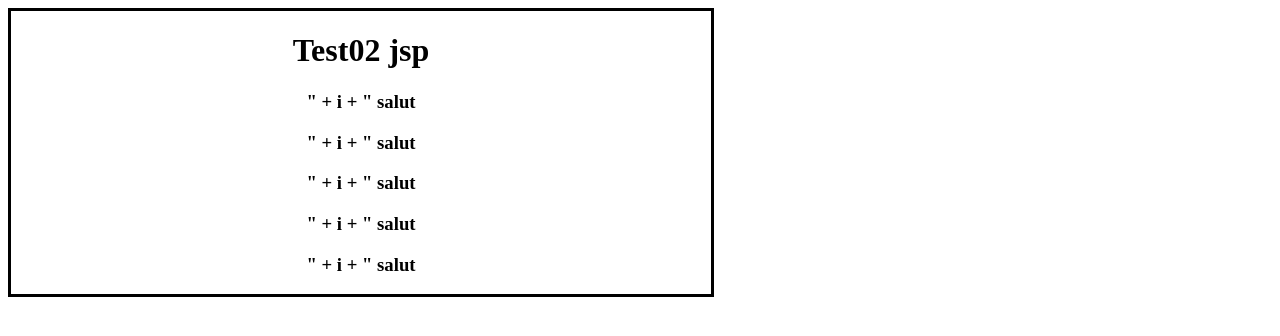
Repository: Souad92/FormationLyon
Page: http://localhost/Project_JSP/jsp/Test02.jsp
The author's editor kept a copy of each file at every save. The page is drawn from the files as they stood at one save, then again after the next save.
The browser window is 1280 px wide. The pictures show the whole page.
The page is served by Tomcat 9.

Above is the page before, as saved 2016-04-22 13:23:08.

After the next save:
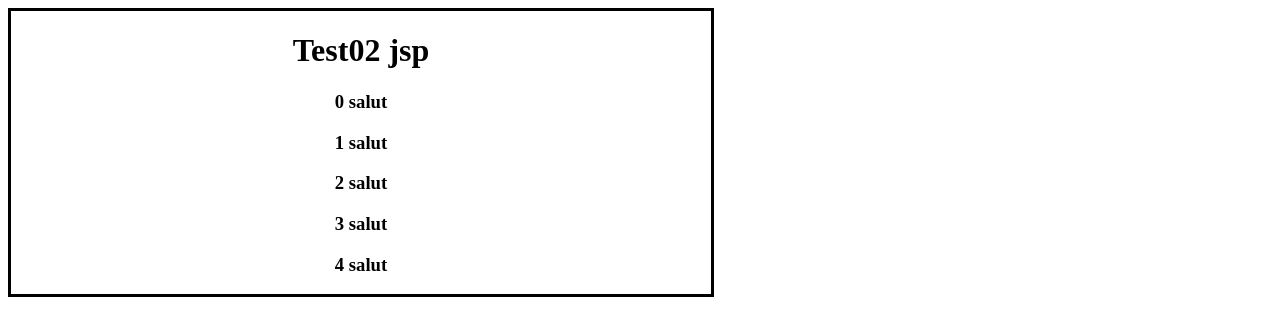
Saved 80 s later.
--- a/Project_JSP/WebContent/jsp/Test02.jsp
+++ b/Project_JSP/WebContent/jsp/Test02.jsp
@@ -12,7 +12,9 @@
 		<%
 			for (int i = 0; i < 5; i++) {
 		%>
-		<h3>" + i + " salut</h3>
+		<h3><%=i%>
+			salut
+		</h3>
 		<%
 			}
 		%>
